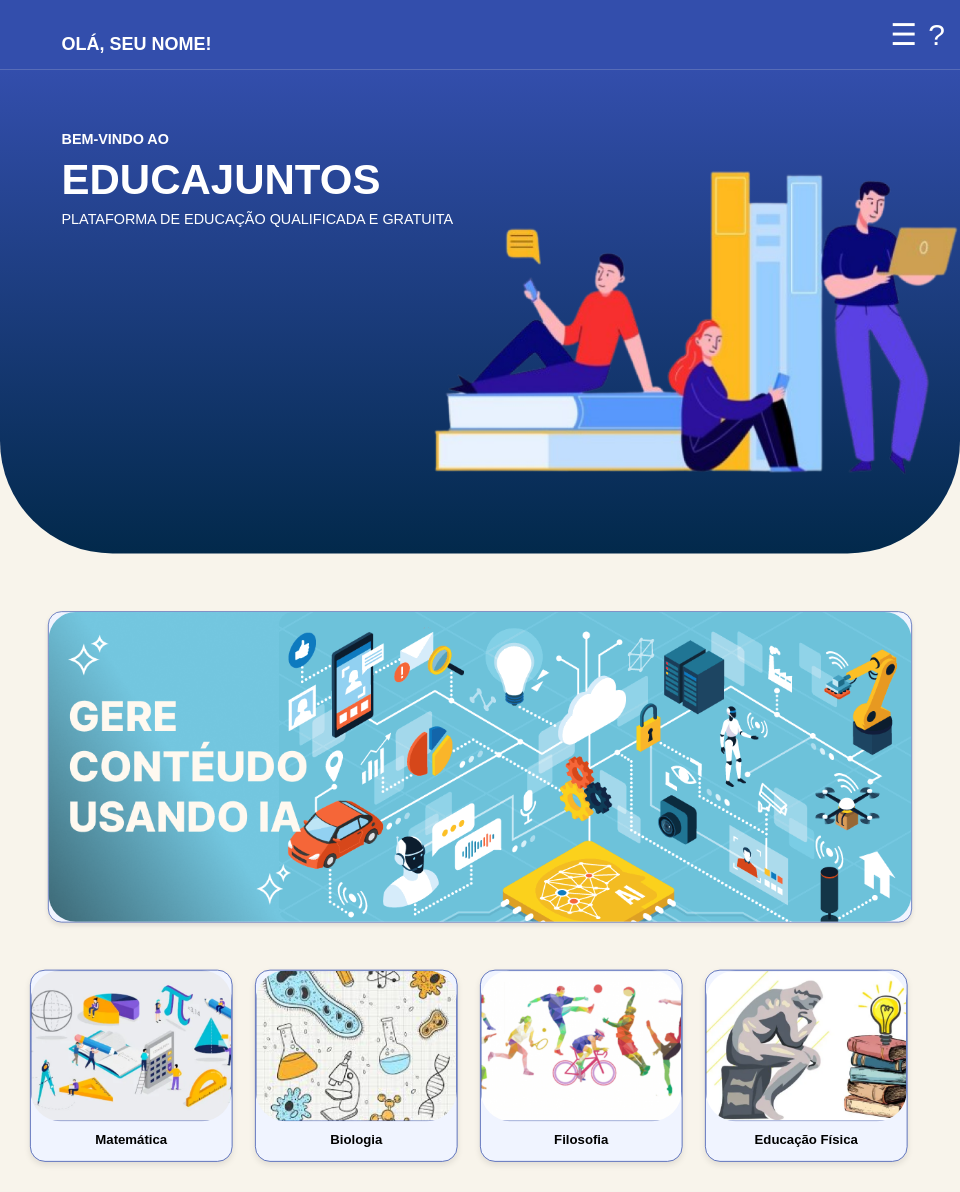
Repository: Matheus904-12/EDUCAJUNTOS
Page: inicio/index.html
The author's editor kept a copy of each file at every save. The page is drawn from the files as they stood at one save, then again after the next save.
The browser window is 1280 px wide. The pictures show the whole page, at 75% of full size.

Above is the page before, as saved 2024-10-28 19:54:55.

After the next save:
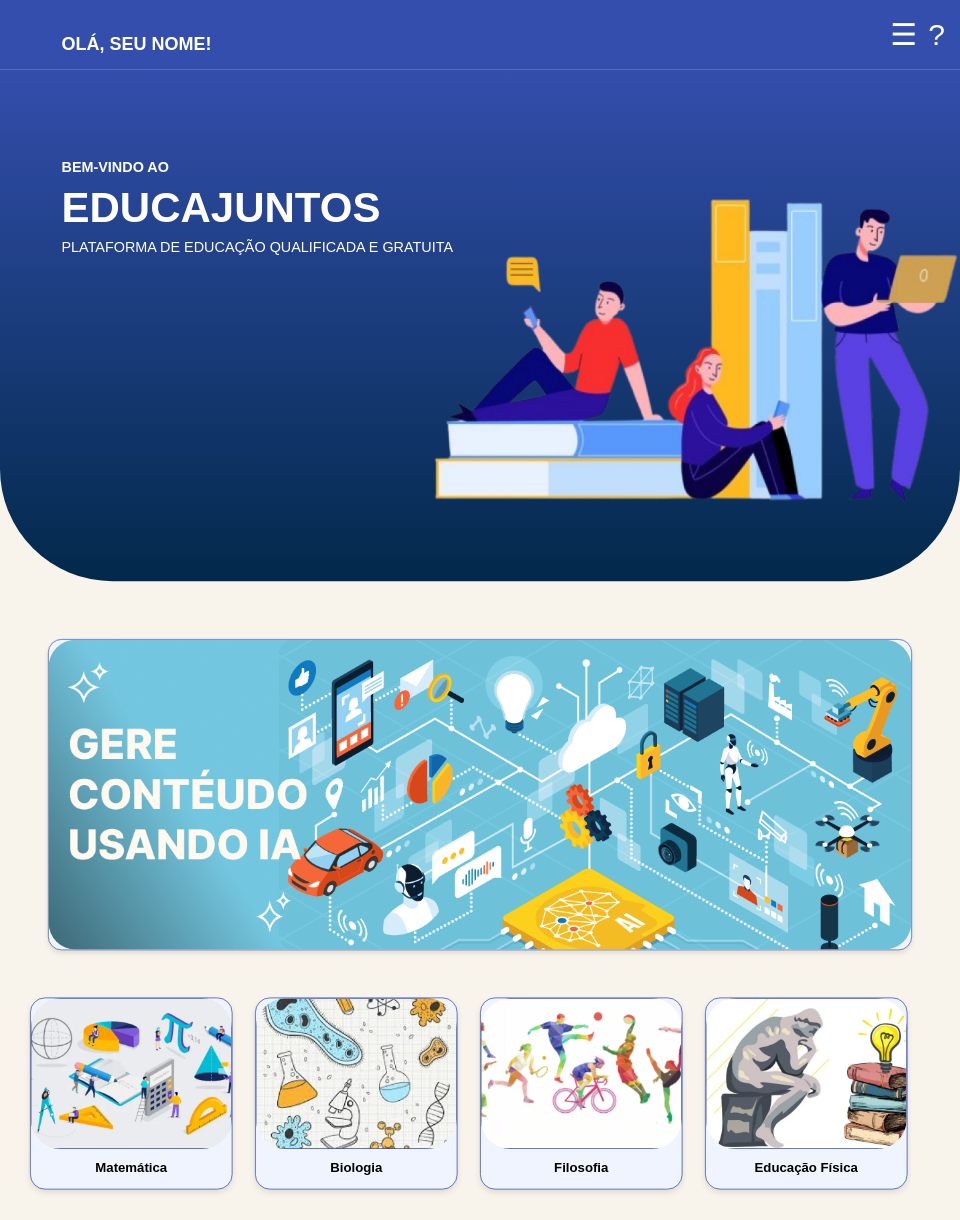
Saved 34 s later.
--- a/inicio/style.css
+++ b/inicio/style.css
@@ -59,7 +59,7 @@
     margin-bottom: 10px;
     font-weight: bold;
     margin-left: 5%;
-    margin-top: 5%;
+    margin-top: 8%;
 }
 
 .hero h3 {

After the save that followed:
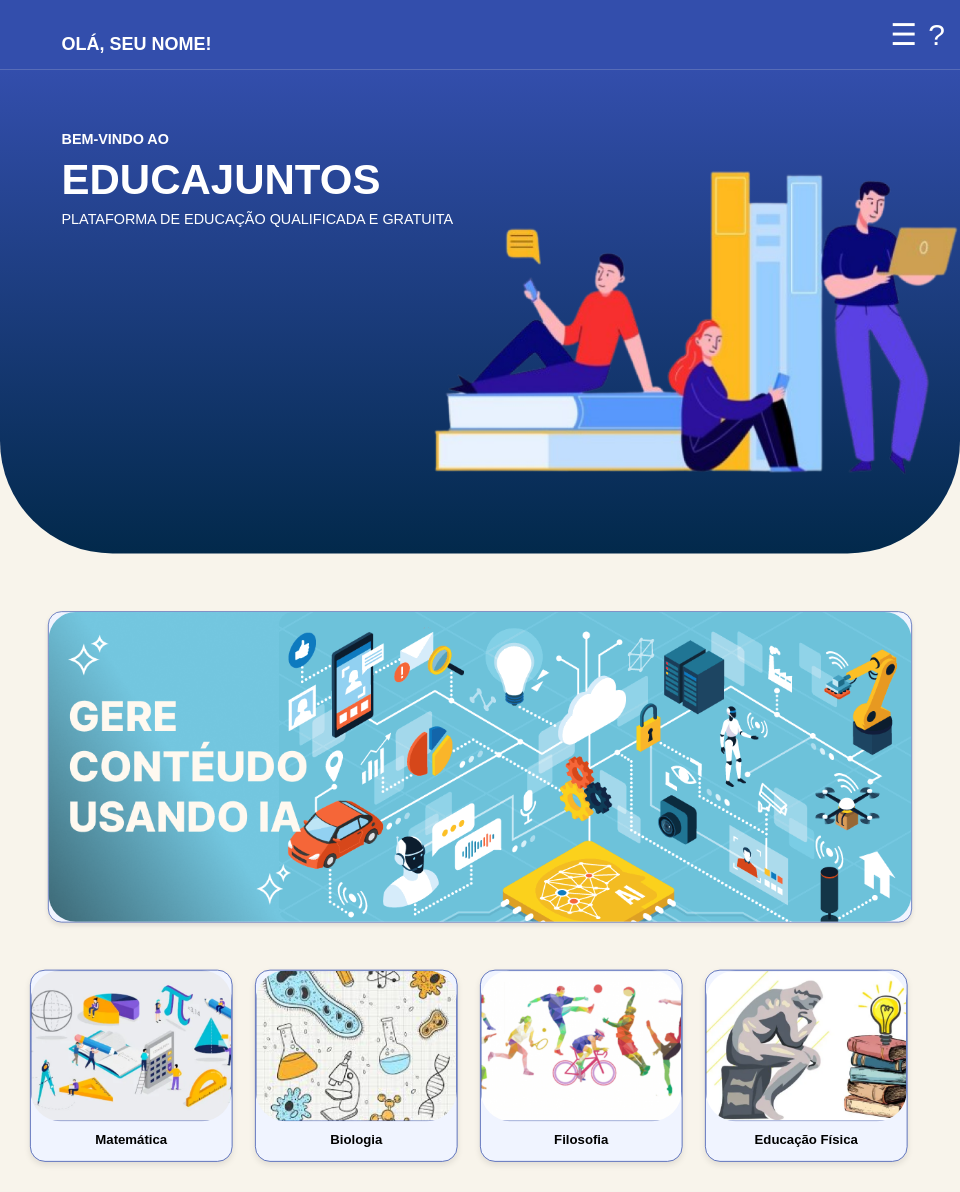
Saved 4 s later.
--- a/inicio/style.css
+++ b/inicio/style.css
@@ -59,7 +59,7 @@
     margin-bottom: 10px;
     font-weight: bold;
     margin-left: 5%;
-    margin-top: 8%;
+    margin-top: 5%;
 }
 
 .hero h3 {
